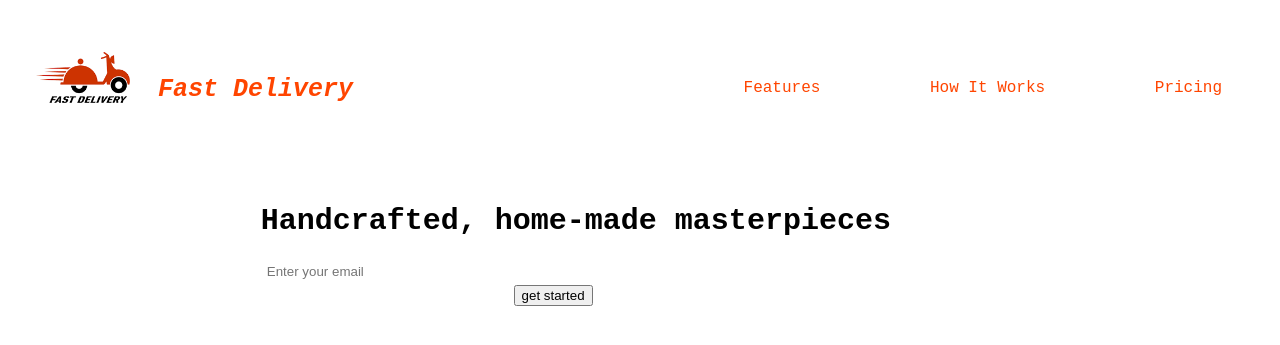
Repository: AbdulWahabRaza123/DeliveryWebPage
Page: index.html
An editor plug-in stored every save of this project. The page is shown before and after the next save, followed by the edit.
The browser window is 1280 px wide. The pictures show the whole page.

Above is the page before, as saved 2021-09-12 18:08:09.

### index.html
<!DOCTYPE html>
<html lang="en">

<head>
    <meta charset="UTF-8">
    <meta http-equiv="X-UA-Compatible" content="IE=edge">
    <meta name="viewport" content="width=device-width, initial-scale=1.0">
    <title>Delivery Website</title>
    <link rel="stylesheet" href="new.css">
</head>

<body>
    <header id="header">
        <div id="header_img">
            <img src="data:[embedded picture, 4050 characters]"
                alt="Logo Url" width=150px;>
        </div>
        <h3><i>Fast Delivery</i></h3>
        <nav id="nav_bar">
            <div class="nav_link">
                <a id="link1" href="#" aria-label="Features">Features</a>
                <a id="link2" href="#" aria-label="How It Works">How It Works</a>
                <a id="link3" href="#" aria-label="Pricing">Pricing</a>
            </div>
        </nav>
    </header>
    <main>
        <h1>Handcrafted, home-made masterpieces</h1>
        <form id="form">
            <div class="search_bar">
                <input id="email" type="email" name="email" placeholder="Enter your email" aria-label="email">
            </div>
            <div class="button">
                <input id="submit" type="button" name="submit" value="get started" placeholder="get started" aria-label="submit">
            </div>
        </form>
    </main>
</body>

</html>

### new.css
header {
    position: sticky;
}

#header_img {
    float: left;
}

h3 {
    padding-top: 50px;
    font-family: 'Courier New', Courier, monospace;
    font-size: 25px;
    color: orangered;
}

.nav_link {
    float: right;
    margin-top: -50px;
    font-family: 'Courier New', Courier, monospace;
}

#link1 {
    margin: 50px;
    text-decoration: none;
    color: orangered;
}

#link2 {
    margin: 50px;
    text-decoration: none;
    color: orangered;
}

#link3 {
    margin: 50px;
    text-decoration: none;
    color: orangered;
}

h1 {
    font-size: 30px;
    font-family: 'Courier New', Courier, monospace;
    margin-top: 100px;
    margin-left: 20%;
}

.search_bar {
    margin-left: 20%;
}

#email {
    width: 55%;
    padding: 6px;
    border: 5px orangered;
    border-radius: 5px;
}

.button {
    margin-left: 40%;
}

#submit {}

After the next save:
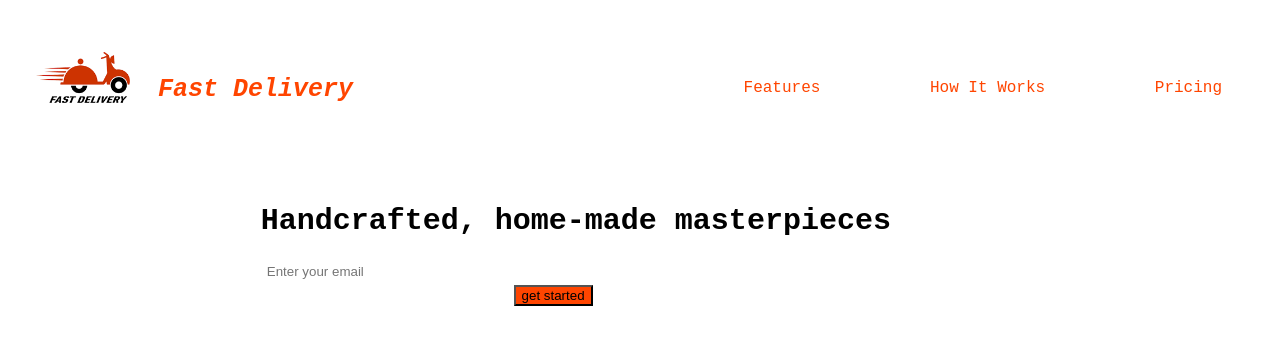
Saved 13 s later.
--- a/new.css
+++ b/new.css
@@ -59,4 +59,6 @@
     margin-left: 40%;
 }
 
-#submit {}
+#submit {
+    background-color: orangered;
+}
